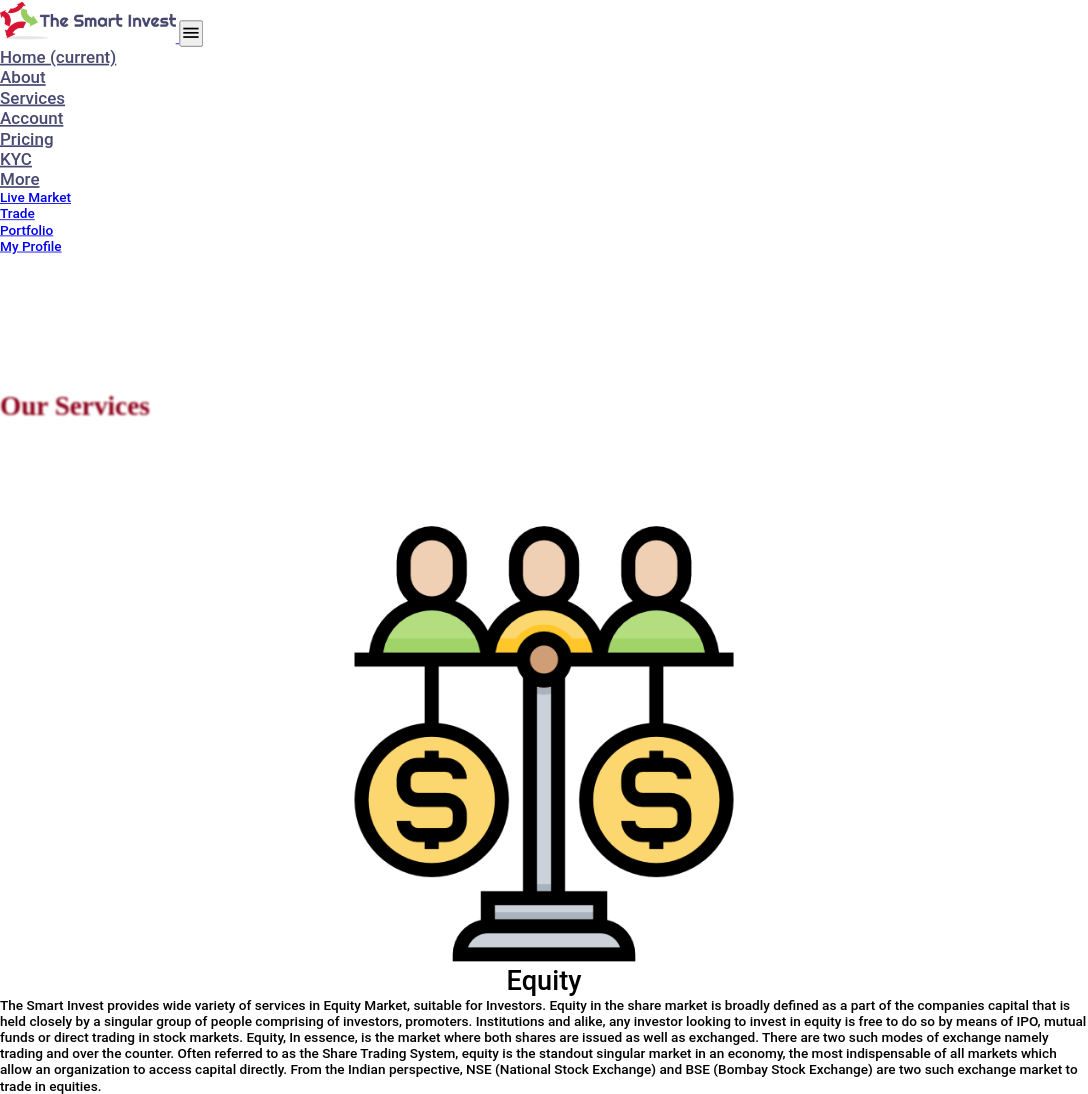
Repository: Demonster1999/Invest-Mart-new
Page: services.html
These files come from the project's save history. The page is drawn as it stood at one moment and after the next save; the edit follows.
The browser window is 1280 px wide. The pictures show the whole page, at 85% of full size.
Some web libraries are served in a nearby version.

Above is the page before, as saved 2020-05-01 21:35:24.
Console error: TypeError: Failed to execute 'addEventListener' on 'EventTarget': parameter 2 is not of type 'Object'.

After the next save:
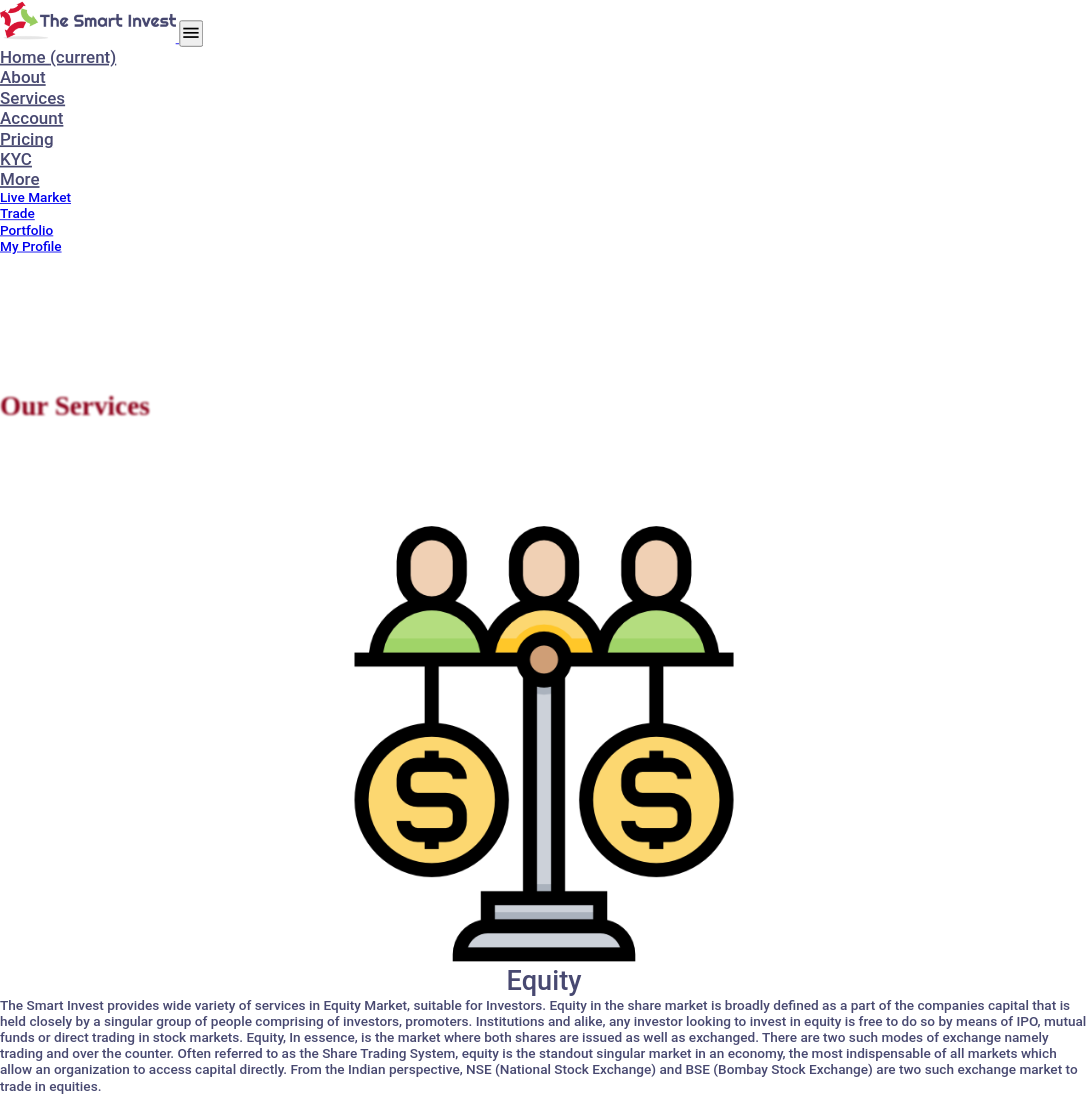
Saved 72 s later.
--- a/services.html
+++ b/services.html
@@ -86,7 +86,7 @@
 
   <!-- services Provided
    -->
-   <div class="services container-fluid pt-5 mt-5">
+   <div class="services container-fluid pt-5 mt-5" style="color:#484971;">
      <div class="row">
       <div class="col-md-6">
        <center>
